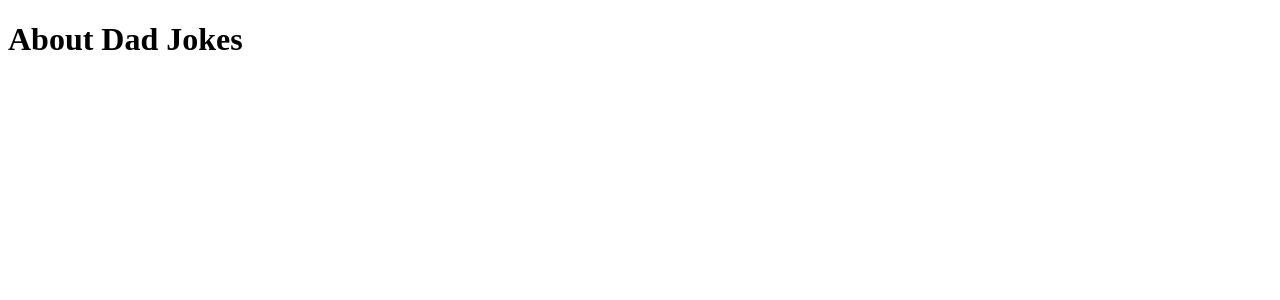
Repository: Syfon01/First-nuxt-app
Page: /about
The author's editor kept a copy of each file at every save. The page is drawn from the files as they stood at one save, then again after the next save.
The browser window is 1280 px wide. The pictures show the whole page.
The project was rebuilt for these pictures with package versions that can differ from the ones it lists, and the page was loaded fresh each time. The framework's server and built-in components were replaced by stand-ins that run in the browser. Also part of the build but not shown: nuxt.config.js.

Above is the page before, as saved 2020-03-29 14:41:06.

### pages/about.vue
<template>
  <div>
    <h1>About Dad Jokes</h1>

  </div>
</template>

<script>
  export default {

  }
</script>

<style lang="scss" scoped>

</style>

After the next save:
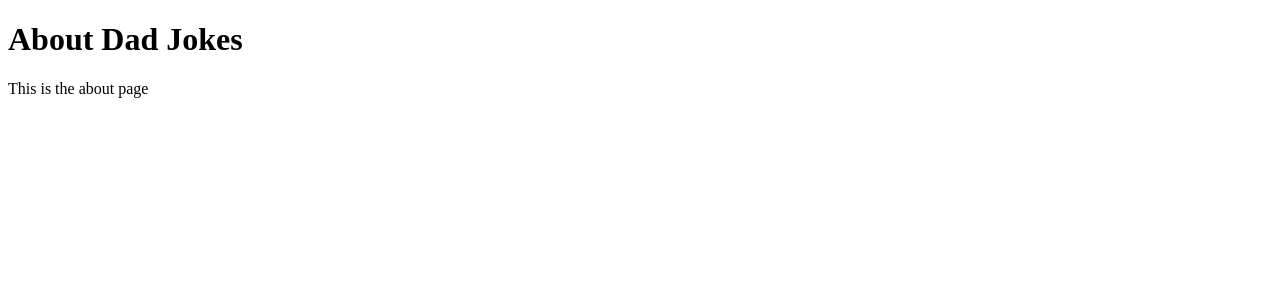
Saved 9 s later.
--- a/pages/about.vue
+++ b/pages/about.vue
@@ -1,7 +1,7 @@
 <template>
   <div>
     <h1>About Dad Jokes</h1>
-
+    <p>This is the about page</p>
   </div>
 </template>
 
